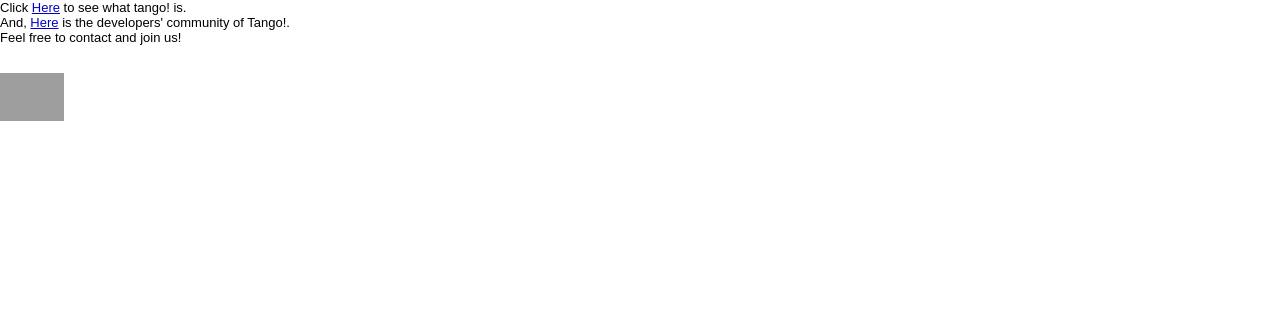
Repository: yasulab/tango
Page: tango/tango-eclipse-workplace/Tango/Tango/build/classes/tango/public/Tango.html
The author's editor kept a copy of each file at every save. The page is drawn from the files as they stood at one save, then again after the next save.
The browser window is 1280 px wide. The page is 1280 px wide, then 1282 px, so the pictures cover 1282 px, including what lies to the right of the window. The pictures show the whole page.
Pictures or frames that could not be fetched are drawn as grey boxes.

Above is the page before, as saved 2009-02-15 07:02:54.

After the next save:
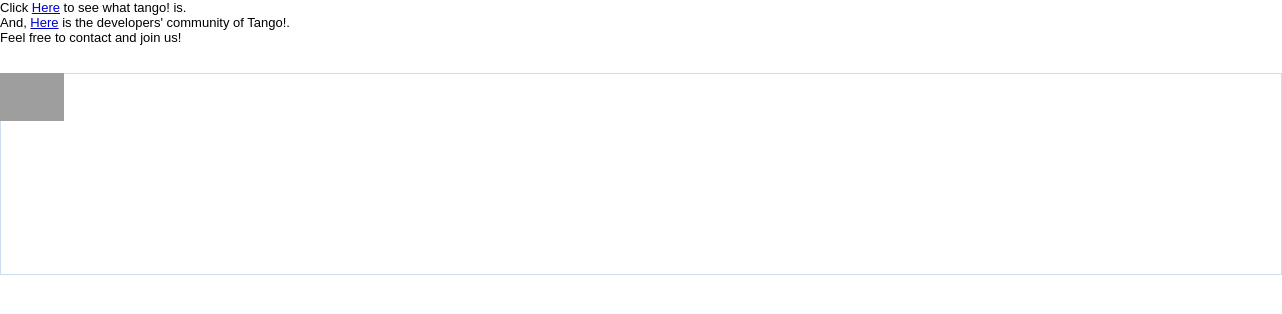
Saved 32 s later.
--- a/tango/tango-eclipse-workplace/Tango/Tango/build/classes/tango/public/Tango.html
+++ b/tango/tango-eclipse-workplace/Tango/Tango/build/classes/tango/public/Tango.html
@@ -61,6 +61,9 @@
 		<iframe src="javascript:''" id="__gwt_historyFrame" style="width:0;height:0;border:0"></iframe>
 		<div style="position:absolute;"><a href="http://www.gwtapps.com"><img src="http://rdews.com/title.png" align="middle"
 height="48" border="0"/></a></div>
+<td valign="top" width="175">
+		<div id="messengerView" style="width:100%;height:200px;border:1px solid #cde;overflow:auto;"></div>
+	</td>
    		<script type="text/javascript" language="javascript" src="tango.Tango.nocache.js"></script>
 
 	</body>
